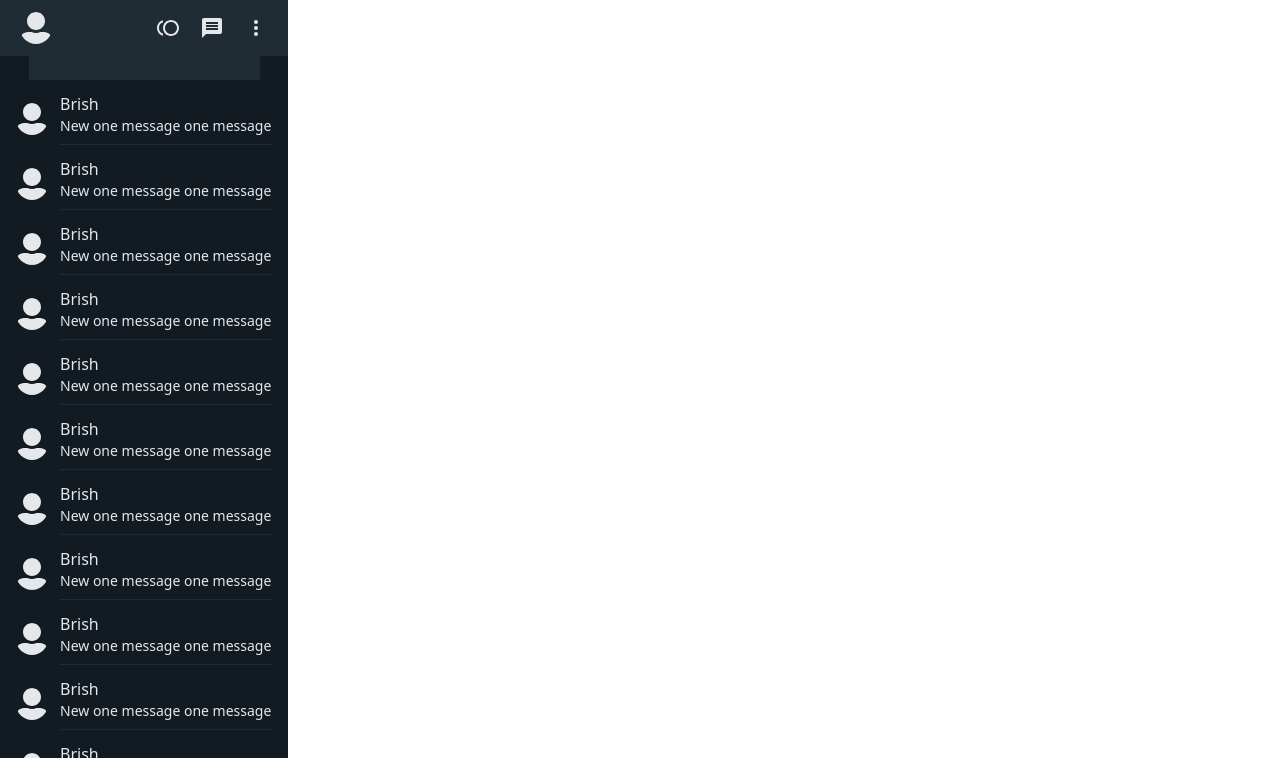
Repository: satya-ranjon/whatsapp-clone-dev
Page: /
The author's editor kept a copy of each file at every save. The page is drawn from the files as they stood at one save, then again after the next save.
The browser window is 1280 px wide. The pictures show the whole page.
The project was rebuilt for these pictures with package versions that can differ from the ones it lists, and the page was loaded fresh each time.

Above is the page before, as saved 2022-04-09 06:37:29.

### src/index.js
import * as ReactDOMClient from "react-dom/client";
import { BrowserRouter } from "react-router-dom";
import App from "./App";
import "./index.css";

const root = ReactDOMClient.createRoot(document.getElementById("root"));
root.render(
  <BrowserRouter>
    <App />
  </BrowserRouter>
);

### src/App.js
import SideBar from "./Components/SideBar";

function App() {
  return (
    <div>
      <SideBar />
    </div>
  );
}

export default App;

### src/index.css
@tailwind base;
@tailwind components;
@tailwind utilities;

.hoverEf {
  overflow: hidden;
  right: -100%;
  transition: all 0.4s;
}

.hoverbtn:hover .hoverEf {
  right: -0%;
}

### src/Components/SideBar.jsx
import React from "react";
import { MdToll, MdMoreVert, MdMessage } from "react-icons/md";
import { FaUserAlt } from "react-icons/fa";
import SideBarUseList from "./SideBarUseList";

export default function SideBar() {
  return (
    <div className="w-72">
      <div className="flex justify-between font-semibold text-2xl px-5 py-3 bg-[#202c33] text-gray-200">
        <div>
          <FaUserAlt className="rounded-full w-8 h-8" />
          {/* <img
            className="rounded-full w-8 h-8 "
            src="https://images.pexels.com/photos/220453/pexels-photo-220453.jpeg?cs=srgb&dl=pexels-pixabay-220453.jpg&fm=jpg"
            alt=""
          /> */}
        </div>
        <div className="flex justify-between space-x-5 cursor-pointer my-auto">
          <MdToll />
          <MdMessage />
          <MdMoreVert />
        </div>
      </div>
      <SideBarUseList />
    </div>
  );
}

### src/Components/SideBarUseList.jsx
import React from "react";
import { FaUserAlt } from "react-icons/fa";
import { BsChevronDown } from "react-icons/bs";

const array = [
  1, 1, 1, 1, 1, 1, 1, 1, 1, 1, 1, 1, 1, 1, 1, 1, 1, 1, 1, 1, 1, 1, 1, 1, 1, 1,
  1, 1, 1, 1, 1, 1, 1, 1, 1, 1, 1, 1, 1, 1, 1, 1, 1, 1, 1, 1, 1, 1, 1, 1, 1, 1,
  1, 1, 1, 1, 1, 1, 1, 1, 1, 1, 1, 1, 1, 1, 1, 1, 1,
];

export default function SideBarUseList() {
  return (
    <>
      <div className="bg-[#111b21] flex justify-center">
        <input type="text" className="bg-[#202c33]" />
      </div>
      <div className="bg-[#111b21] overflow-y-scroll scroll-my-1 h-[94.1vh] scrollbar scrollbar-thumb-gray-400 scrollbar-thin text-gray-200 duration-500 transition-all">
        {array.map((i, index) => (
          <div
            key={index}
            className="px-4 py-3 pb-0 flex justify-start hover:bg-[#2a394294] cursor-pointer duration-500 transition-all relative hoverbtn overflow-hidden"
          >
            <div className="my-auto">
              <FaUserAlt className="w-8 h-8 rounded-full" />
            </div>
            <div className="flex flex-col my-auto w-full ml-3 border-b-[1px] border-b-gray-800 pb-2">
              <p>Brish</p>
              <p className="text-sm">New one message one message</p>
            </div>

            <div className=" absolute px-5 bg-[#2a3942a8] bottom-2 text-xl hoverEf">
              <BsChevronDown />
            </div>
          </div>
        ))}
      </div>
    </>
  );
}

### tailwind.config.js
module.exports = {
  content: ["./src/**/*.{js,jsx,ts,tsx}"],
  theme: {
    extend: {},
  },
  plugins: [require("tailwind-scrollbar")],
};

Loaded but not shown: public/index.html (common file)

After the next save:
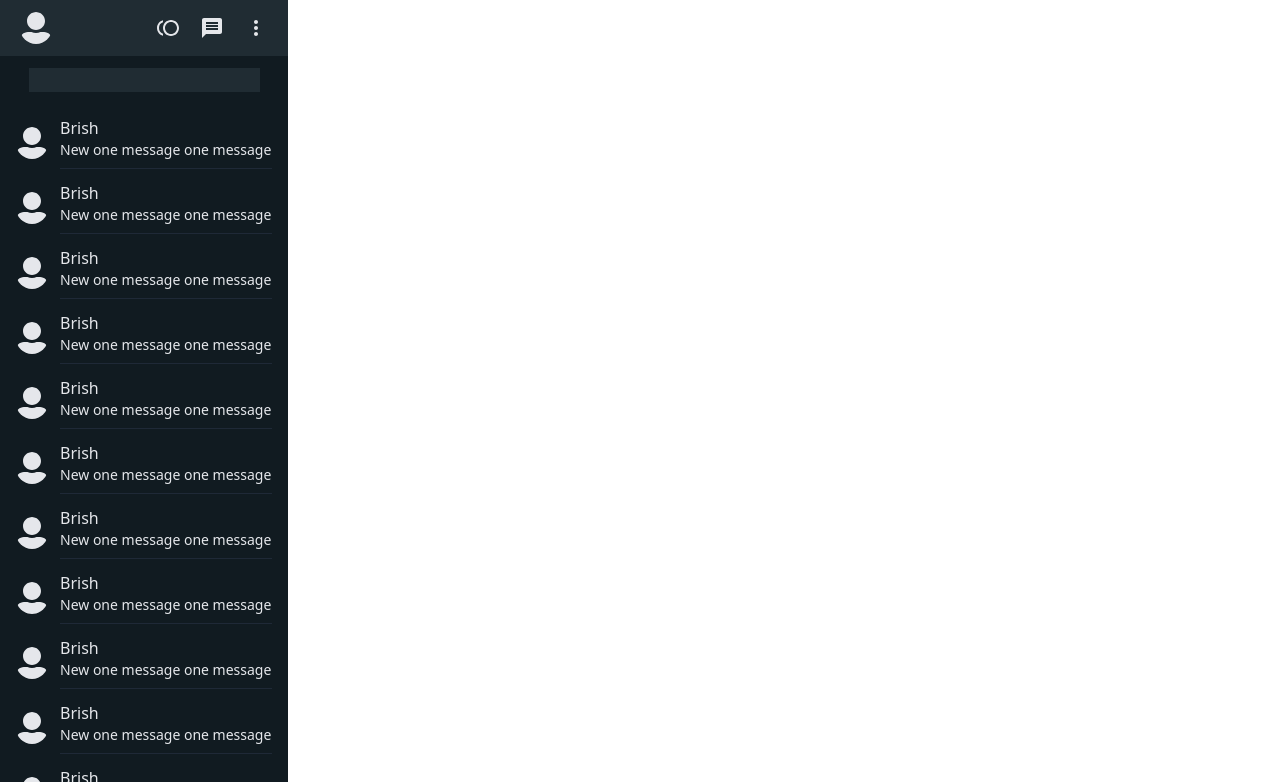
Saved 21 s later.
--- a/src/Components/SideBarUseList.jsx
+++ b/src/Components/SideBarUseList.jsx
@@ -11,7 +11,7 @@ const array = [
 export default function SideBarUseList() {
   return (
     <>
-      <div className="bg-[#111b21] flex justify-center">
+      <div className="bg-[#111b21] flex justify-center p-3">
         <input type="text" className="bg-[#202c33]" />
       </div>
       <div className="bg-[#111b21] overflow-y-scroll scroll-my-1 h-[94.1vh] scrollbar scrollbar-thumb-gray-400 scrollbar-thin text-gray-200 duration-500 transition-all">
